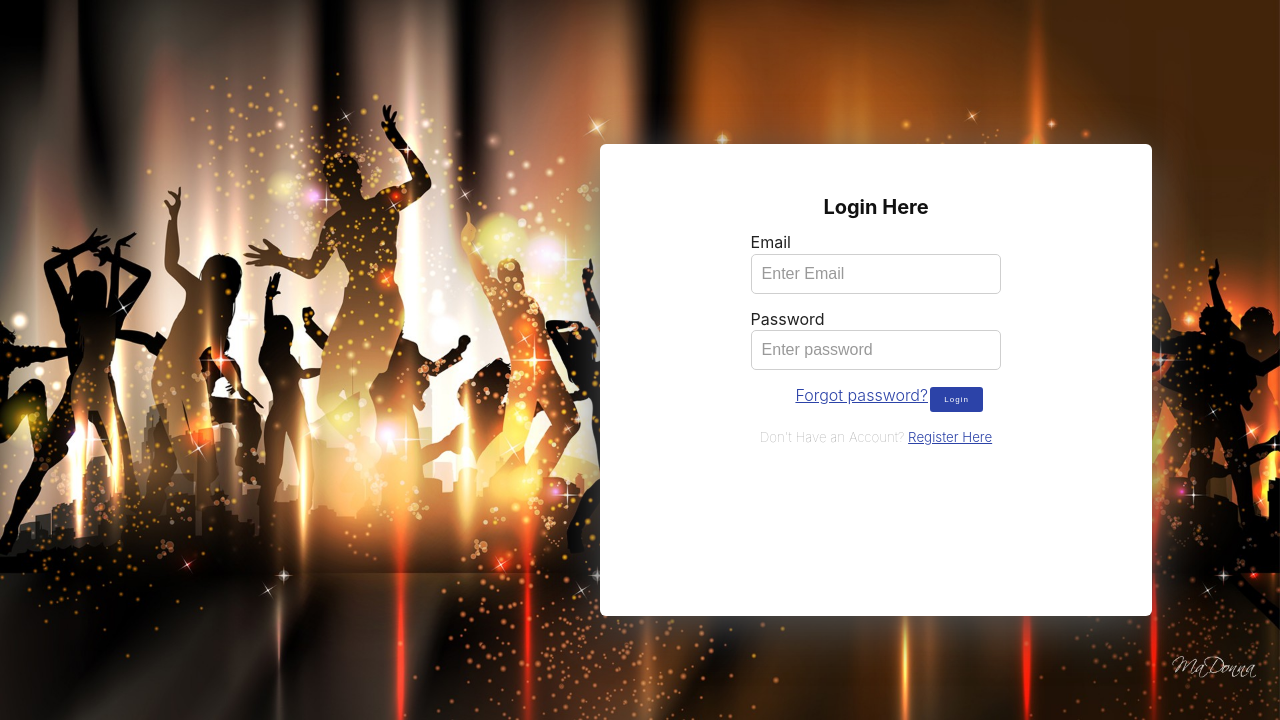
Repository: Fortune-Labs/Event-management-system-CapstoneG3
Page: /login (app in frontend/)
The author's editor kept a copy of each file at every save. The page is drawn from the files as they stood at one save, then again after the next save.
The browser window is 1280 px wide. The pictures show the whole page.
The project was rebuilt for these pictures with package versions that can differ from the ones it lists, and the page was loaded fresh each time. Also part of the build but not shown: frontend/src/components/LoginSignup/errorMessages.js, frontend/src/components/LoginSignup/register.jsx, frontend/src/components/LoginSignup/verificationCode.jsx, frontend/src/components/LoginSignup/passwordReset.jsx.

Above is the page before, as saved 2020-09-09 13:39:44.

### frontend/src/App.js
import React from "react";
import "./App.css";
import Register from "./components/LoginSignup/register";
import Login from "./components/LoginSignup/login";
import passwordReset from "./components/LoginSignup/passwordReset";
import { BrowserRouter, Switch, Route } from "react-router-dom";

function App() {
  return (
    <div className="App">
      <BrowserRouter>
        <Switch>
          <div className="App">
            <Route path="/login" component={Login} />
            <Route path="/passwordReset" component={passwordReset} />
            <Route exact path="/register" component={Register} />
          </div>
        </Switch>
      </BrowserRouter>
    </div>
  );
}

export default App;

### frontend/src/components/LoginSignup/login.jsx
import React, { Component } from "react";
import "./style.css";
import { Link } from "react-router-dom";

class Login extends Component {
  render() {
    return (
      <div className="login-wrapper">
        <div className="login-form-wrapper">
          <h1 className="login-header">Login Here</h1>

          <form className="login-form">
            <div className="login-email">
              <label>Email</label>
              <input type="text" name="email" placeholder="Enter Email" />
            </div>

            <div className="login-password">
              <label>Password</label>
              <input
                name="password"
                type="password"
                placeholder="Enter password"
                required
              ></input>
            </div>

            <div className="login">
              <div className="reset-pwd">
                <Link to="/passwordReset" className="forgot">
                  Forgot password?
                </Link>
              </div>
              <div className="btn">
                <button className="">Login</button>
              </div>
            </div>
            <div>
              <small>
                Don't Have an Account? <Link to="register">Register Here</Link>
              </small>
            </div>
          </form>
        </div>
      </div>
    );
  }
}

export default Login;

### frontend/src/components/LoginSignup/style.css
.wrapper {
  height: 100vh;
  width: 100%;
  display: flex;
  flex-direction: column;
  justify-content: center;
  align-items: center;
  background-color: #f2f2f2;
  margin: 0;
}

.form-wrapper {
  /* height: 100%; */
  min-height: 25rem;
  width: 30%;
  display: flex;
  flex-direction: column;
  padding: 20px;
  border-radius: 6px;
  box-shadow: 0px 10px 50px #555;
  background-color: #ffffff;
}

.register-header {
  text-align: center;
  width: 100%;
  color: #111;
  font-size: 16px;
  font-weight: bold;
  font-family: -apple-system, BlinkMacSystemFont, "Segoe UI", Roboto, Oxygen,
    Ubuntu, Cantarell, "Open Sans", "Helvetica Neue", sans-serif;
}

.register-form {
  width: 100%;
  display: flex;
  flex-wrap: wrap;
  align-items: center;
  justify-content: center;
}

label {
  font-size: 16px;
  margin-bottom: 0.09em;
  color: #222;
  font-weight: 12px;
  text-align: left;
}

input[type="text"],
select {
  padding: 10px 10px;
  border-radius: 5px;
  outline: none;
  border: 1px solid #cfcfcf;
  font-size: 0.8em;
}
input[type="password"] {
  padding: 10px 10px;
  border-radius: 5px;
  outline: none;
  border: 1px solid #cfcfcf;
  font-size: 0.6em;
}

input[type="tel"] {
  padding: 10px 10px;
  border-radius: 5px;
  outline: none;
  border: 1px solid #cfcfcf;
  font-size: 0.6em;
}
input::placeholder {
  font-size: 1em;
  font-weight: lighter;
  color: #999;
}

.firstName,
.email,
.cpassword,
.phone {
  margin-right: 1%;
}

.lastName,
.password,
.address,
.username {
  margin-left: 1%;
}

.firstName,
.lastName,
.email,
.password,
.cpassword,
.phone,
.address,
.username {
  display: flex;
  flex-direction: column;
  margin-bottom: 15px;
}

.firstName,
.lastName,
.email,
.password,
.cpassword,
.address,
.phone,
.username {
  width: 49%;
}

.register {
  width: 100%;
  display: flex;
  flex-direction: column;
  align-items: center;
}

.register button {
  background-color: #2c43a8;
  color: #fff;
  border: 2px solid #fff;
  border-radius: 5px;
  width: 40%;
  margin-top: 1em;
  padding: 8px 0px;
  font-size: 0.7em;
  font-weight: lighter;
  letter-spacing: 1px;
  margin-bottom: 0.25em;
}

.register button:hover {
  color: #519e8a;
  background-color: #fff;
  border: 2px solid #519e8a;
}

.register small {
  color: #999;
  font-weight: lighter;
}
/* Login style */

.login-wrapper {
  height: 100vh;
  width: 100%;
  display: flex;
  flex-direction: column;
  justify-content: center;
  align-items: center;
  background-image: url("../Images/login-background.jpg");
  background-size: cover;
  background-color: #f2f2f2;
  margin: 0;
  position: relative;
}

.login-form-wrapper {
  height: 60%;
  width: 40%;
  display: flex;
  position: absolute;
  right: 10%;
  margin-right: -25;
  top: 20%;
  margin-top: -25;
  overflow: hidden;
  flex-direction: column;
  padding: 20px;
  border-radius: 6px;
  box-shadow: 0px 10px 50px #555;
  background-color: #ffffff;
}

.login-header {
  text-align: center;
  width: 100%;
  color: #111;
  font-size: 20px;
  font-weight: bold;
  margin-top: 6%;
  font-family: -apple-system, BlinkMacSystemFont, "Segoe UI", Roboto, Oxygen,
    Ubuntu, Cantarell, "Open Sans", "Helvetica Neue", sans-serif;
}

.login-form-wrapper input {
  padding: 10px 10px;
  border-radius: 5px;
  outline: none;
  border: 1px solid #cfcfcf;
  font-size: 1em;
}

.login-form-wrapper input::placeholder {
  font-size: 1em;
  font-weight: lighter;
  color: #999;
}
.login-form {
  width: 100%;
  display: flex;
  flex-direction: column;
  align-items: center;
  justify-content: center;
}

.login-email,
.login-password {
  display: flex;
  flex-direction: column;
  margin-bottom: 15px;
  width: 49%;
  text-align: center;
  justify-content: center;
}

.login {
  display: flex;
  flex-direction: row;
  margin-bottom: 10px;
}

.reset-pwd {
  align-content: left;
  justify-content: left;
}

.login button {
  background-color: #2c43a8;
  color: #fff;
  border: 2px solid #fff;
  border-radius: 5px;
  width: 200%;
  /*  margin-top: 1em; */
  /*  margin-left: 4rem; */
  padding: 8px 0px;
  font-size: 0.5em;
  font-weight: lighter;
  letter-spacing: 1px;
  margin-bottom: 0.25em;
  float: left;
}

.login button:hover {
  color: #519e8a;
  background-color: #fff;
  border: 2px solid #519e8a;
}

small {
  color: #999;
  font-weight: lighter;
}

/* general anchor tags */
a:link,
a:visited {
  color: #2c43a8;
  font-weight: 300;
}

a:hover,
a:active {
  color: #519e8a;
}

/* Extra small devices (phones, 600px and down) */
@media only screen and (max-width: 480px) {
  .form-wrapper {
    /* height: 100%; */
    min-height: 15rem;
    width: 80%;
  }
}
@media only screen and (max-width: 770px) {
  .form-wrapper {
    /* height: 100%; */
    min-height: 15rem;
    margin-top: 2rem;
    width: 80%;
  }
  .wrapper {
    height: 100%;
    padding: 2rem !important;
  }
}

@media only screen and (max-width: 812px) {
  .form-wrapper {
    /* height: 100%; */
    min-height: 15rem;
    margin-top: 2rem;
    width: 80%;
  }
  .wrapper {
    height: 100%;
    padding: 0 0 5rem;
  }
}

Loaded but not shown: frontend/public/index.html (common file); frontend/src/index.js (common file); frontend/src/index.css (common file); frontend/src/serviceWorker.js (common file); frontend/src/App.css (common file)

After the next save:
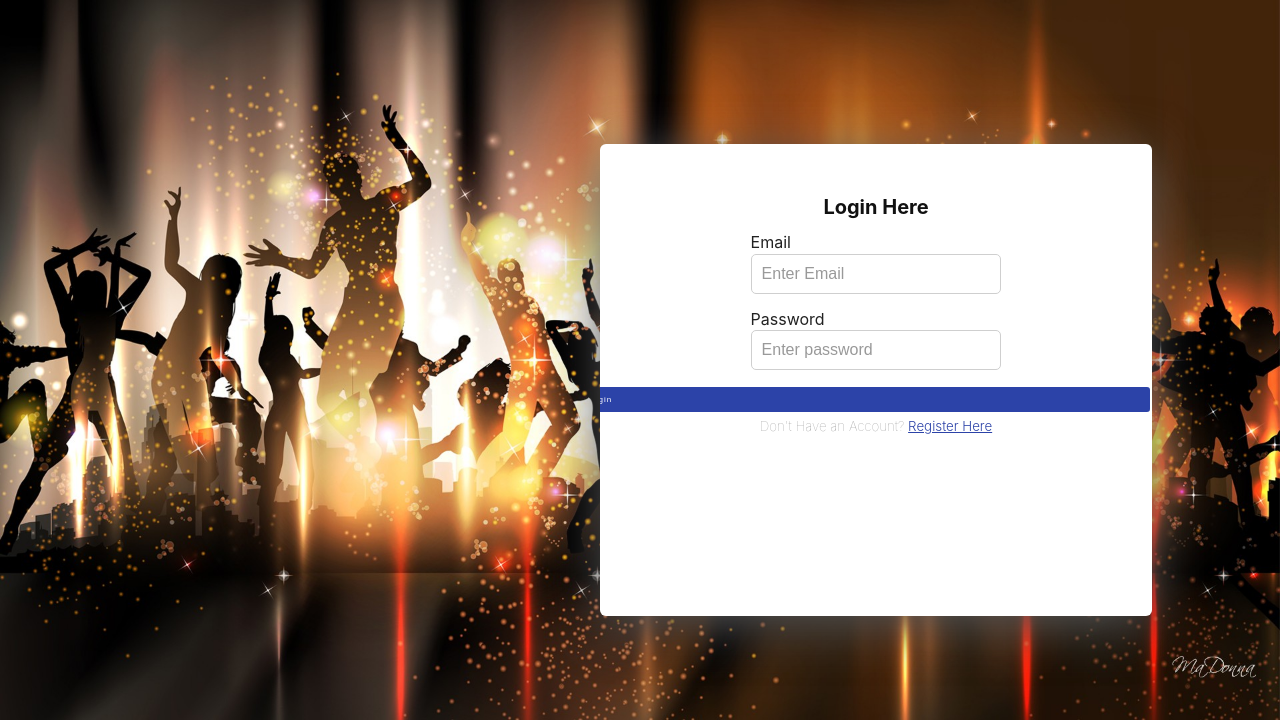
Saved 103 s later.
--- a/frontend/src/components/LoginSignup/style.css
+++ b/frontend/src/components/LoginSignup/style.css
@@ -244,6 +244,8 @@
   font-weight: lighter;
   letter-spacing: 1px;
   margin-bottom: 0.25em;
+  position: absolute;
+  right: 0;
   float: left;
 }
 

After the save that followed:
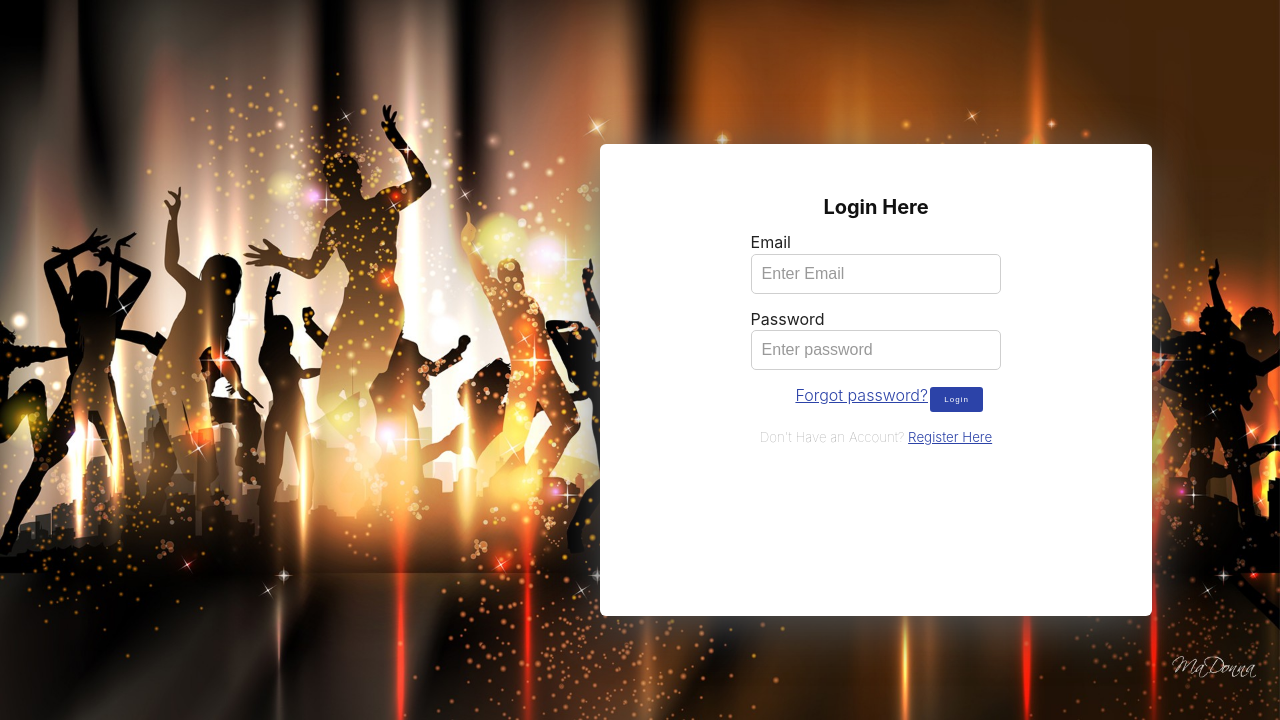
Saved 15 s later.
--- a/frontend/src/components/LoginSignup/style.css
+++ b/frontend/src/components/LoginSignup/style.css
@@ -244,7 +244,6 @@
   font-weight: lighter;
   letter-spacing: 1px;
   margin-bottom: 0.25em;
-  position: absolute;
   right: 0;
   float: left;
 }
